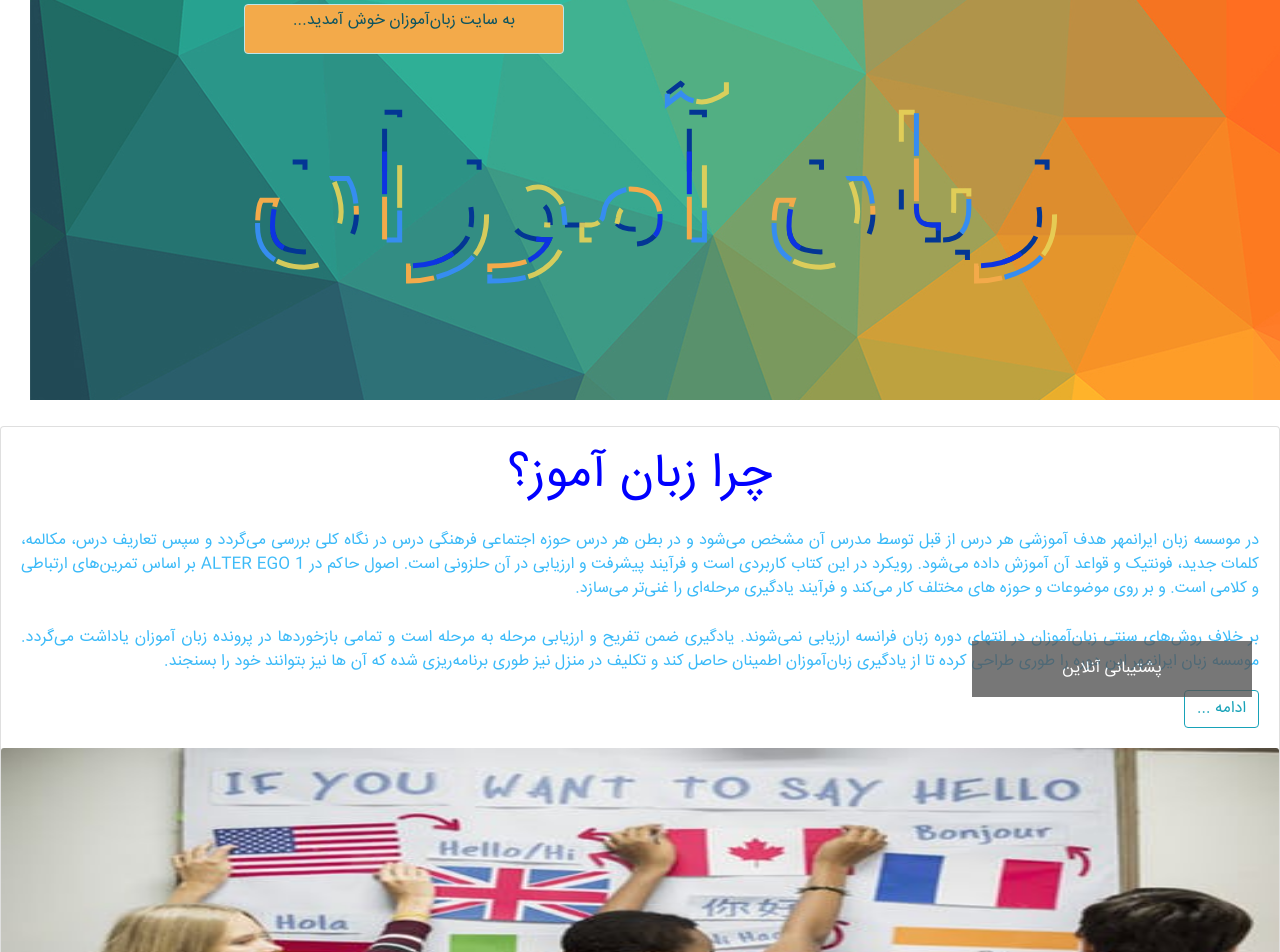
Repository: nikmahla/ZabanAmozan
Page: LanguageWebSite.html
An editor plug-in stored every save of this project. The page is shown before and after the next save, followed by the edit.
The browser window is 1280 px wide. The pictures show the part of the page from y = 0 to 952 px (the page is 3961 px tall).
A picture or video elsewhere on the page could not be fetched, so the positions and the page height are approximate.

Above is the page before, as saved 2019-10-11 22:04:10.

After the next save:
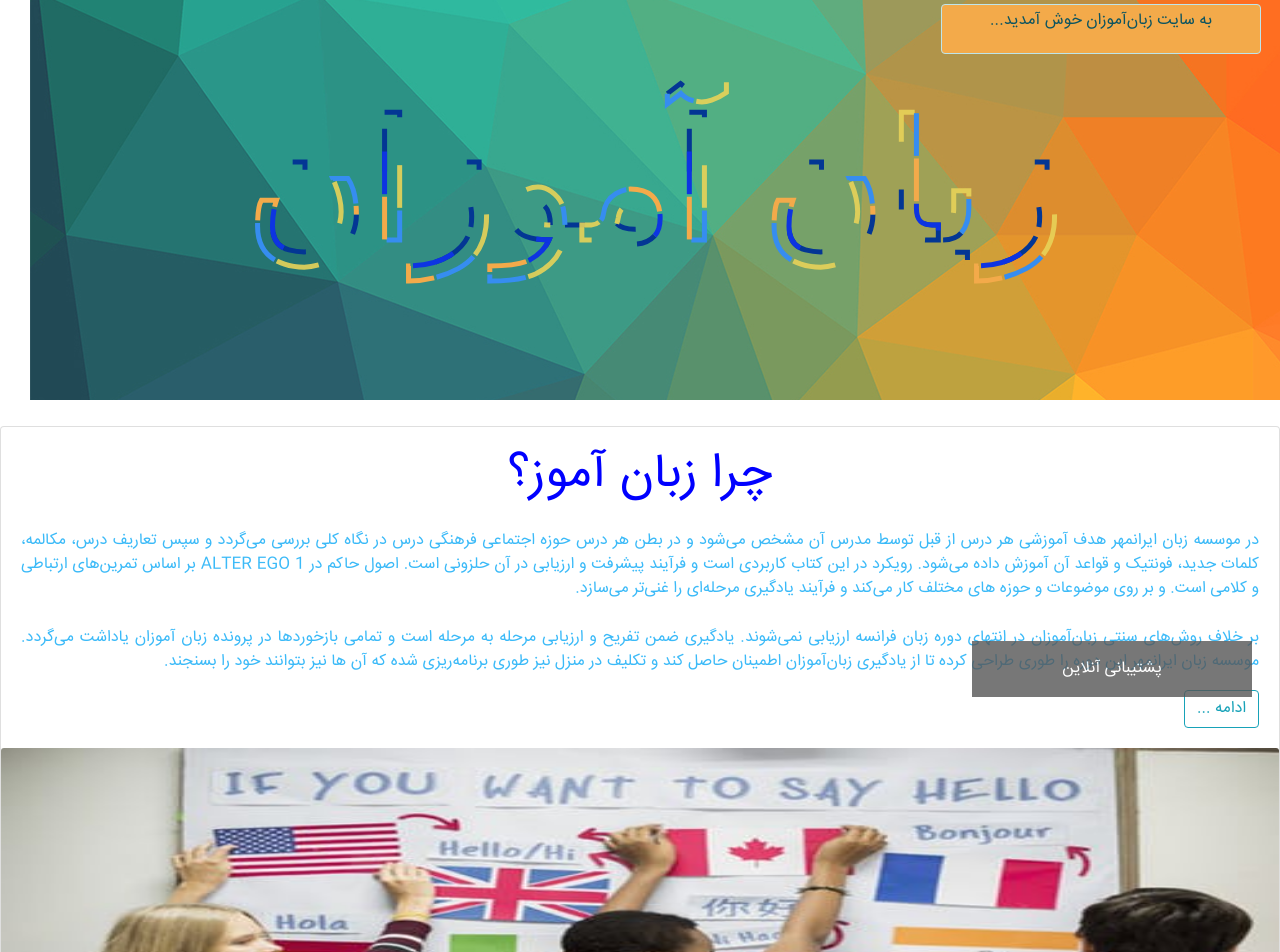
Saved 12 s later.
--- a/css/stylesheet.css
+++ b/css/stylesheet.css
@@ -265,7 +265,7 @@ footer a:hover {
 #alert {
     position: fixed;
     top: 0;
-    left: 15rem;
+    left: ;
     width: 25%;
     display: none;
     background-color: rgb(243, 170, 74);
